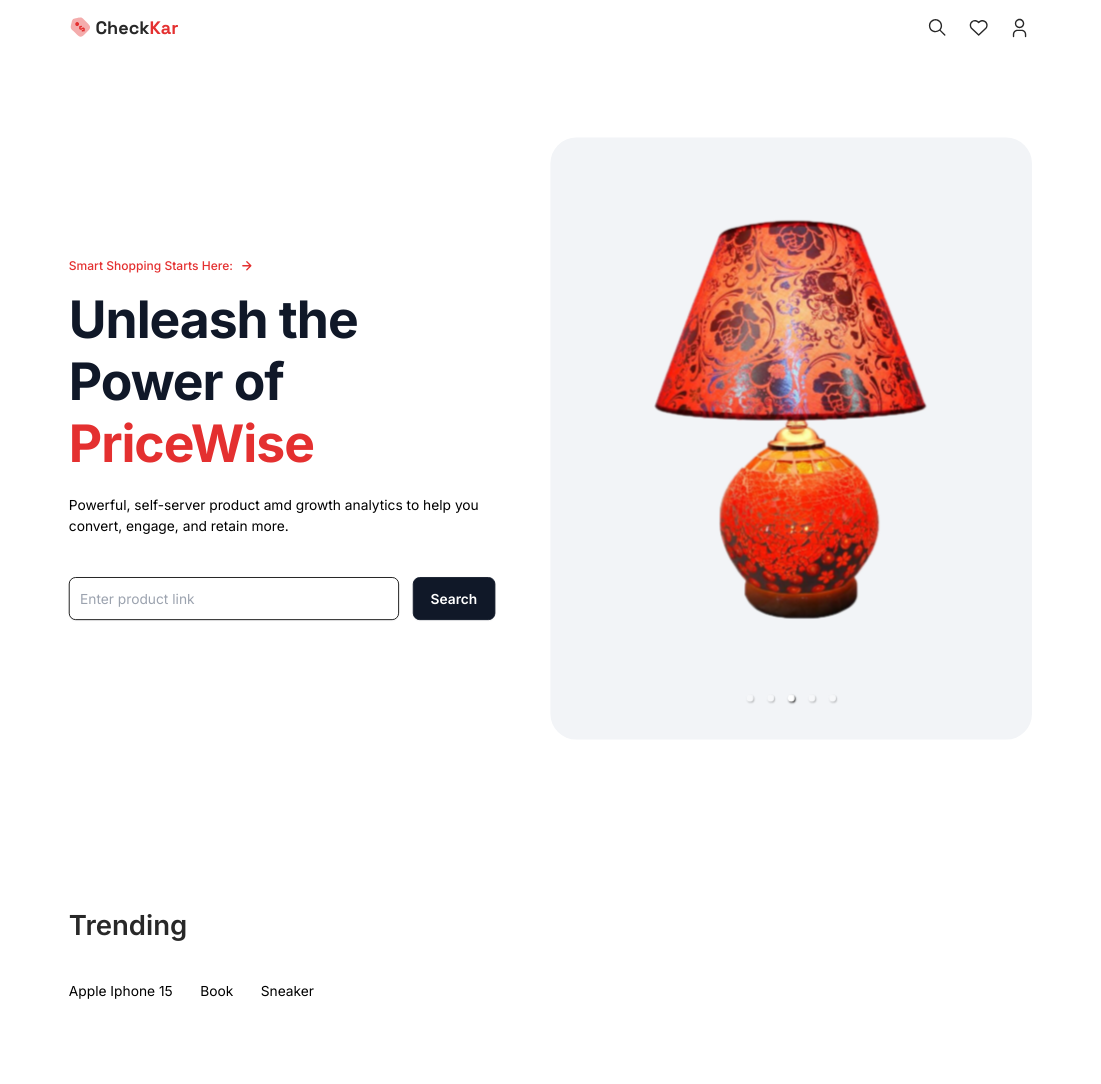
Repository: sahildhargave/price_compare
Page: /
The author's editor kept a copy of each file at every save. The page is drawn from the files as they stood at one save, then again after the next save.
The browser window is 1280 px wide. The pictures show the whole page, at 86% of full size.
The project was rebuilt for these pictures with package versions that can differ from the ones it lists, and the page was loaded fresh each time. The framework's server and built-in components were replaced by stand-ins that run in the browser. Also part of the build but not shown: next.config.js.

Above is the page before, as saved 2023-12-18 14:31:16.

### app/layout.tsx
import type { Metadata } from 'next'
import { Inter , Space_Grotesk} from 'next/font/google'
import './globals.css'
import Navbar from '@/components/Navbar'

const inter = Inter({ subsets: ['latin'] })
const spaceGrotesk = Space_Grotesk({
	subsets: ['latin'], weight: ['300','400','500','600','700']
})
export const metadata: Metadata = {
  title: 'WebScrapping',
  description: 'Comparing Product Price',
}

export default function RootLayout({
  children,
}: {
  children: React.ReactNode
}) {
  return (
    <html lang="en">
      <body className={inter.className}>
		<main className='max-w-10xl mx-auto'>
			<Navbar/>
			{children}
		</main>
		</body>
    </html>
  )
}

### app/page.tsx
import React from 'react'
import Image from 'next/image'
import Searchbar from '@/components/Searchbar'
import HeroCarousel from '@/components/HeroCarousel'

const Home = () => {
	//const allProduct = await getAppProducts();

  return (
	<>
    <section className="px-6 md:px-20 py-24
	">
		<div className="flex max-xl:flex-col gap-16">
			<div className='flex flex-col justify-center'>
				<p className='small-text'>
					Smart Shopping Starts Here:
					<Image
					src="/assets/icons/arrow-right.svg"
                    alt="arrow-right"
					width={16}
					height={16}

					/>
				</p>

				<h1 className='head-text'>
					Unleash the Power of {" "}
					<span className='text-primary'>PriceWise</span>
				</h1>
				<p className='mt-6'>
					Powerful, self-server product amd growth analytics to help you convert, engage, and retain more.
				</p>
				<Searchbar/>
			</div>
           <HeroCarousel/>
		</div>


		</section>
		<section className='trending-section'>
			<h2 className='section-text'>Trending</h2>

			<div className='flex flex-wrap gap-x-8 gap-y-16'>
				{['Apple Iphone 15', 'Book', 'Sneaker'].map
				((product) => (
					<div>{product}</div>
				))
				}
			</div>
		</section>
	</>
  )
}

export default Home

### components/Navbar.tsx
import Link from 'next/link'
import React from 'react'
import Image from 'next/image'


const navIcons =[
	{src:'/assets/icons/search.svg', alt: 'search'},
	{src:'/assets/icons/black-heart.svg', alt: 'heart'},
	{src:'/assets/icons/user.svg', alt: 'user'},

]
const Navbar = () => {
  return (
	<header className='w-full'>
    <nav className='nav'>
     <Link href="/" className='flex items-center gap-1'>
		<Image
		src="/assets/icons/logo.svg"
		width={27}
		height={27}
		alt="logo"
		/>
		<p className='nav-logo'>
			Check<span className='text-primary'>Kar</span>

		</p>
		</Link>
		<div className='flex items-center gap-5'>
        {navIcons.map((icon) => (
			<Image
			key={icon.alt}
			src={icon.src}
			alt={icon.alt}
			width={28}
			height={28}
			className='object-contain'
			/>
		))}
		</div>


	</nav>
	</header>

  )
}

//
//import {
//  Navbar,
//  MobileNav,
//  Typography,
//  Button,
//  Menu,
//  MenuHandler,
//  MenuList,
//  MenuItem,
//  Avatar,
//  Card,
//  IconButton,
//} from "@material-tailwind/react";
//import {
//  CubeTransparentIcon,
//  UserCircleIcon,
//  CodeBracketSquareIcon,
//  Square3Stack3DIcon,
//  ChevronDownIcon,
//  Cog6ToothIcon,
//  InboxArrowDownIcon,
//  LifebuoyIcon,
//  PowerIcon,
//  RocketLaunchIcon,
//  Bars2Icon,
//} from "@heroicons/react/24/solid";
//
//// profile menu component
//const profileMenuItems = [
//  {
//    label: "My Profile",
//    icon: UserCircleIcon,
//  },
//  {
//    label: "Edit Profile",
//    icon: Cog6ToothIcon,
//  },
//  {
//    label: "Inbox",
//    icon: InboxArrowDownIcon,
//  },
//  {
//    label: "Help",
//    icon: LifebuoyIcon,
//  },
//  {
//    label: "Sign Out",
//    icon: PowerIcon,
//  },
//];
//
//function ProfileMenu() {
//  const [isMenuOpen, setIsMenuOpen] = React.useState(false);
//
//  const closeMenu = () => setIsMenuOpen(false);
//
//  return (
//    <Menu open={isMenuOpen} handler={setIsMenuOpen} placement="bottom-end">
//      <MenuHandler>
//        <Button
//          variant="text"
//          color="blue-gray"
//          className="flex items-center gap-1 rounded-full py-0.5 pr-2 pl-0.5 lg:ml-auto"
//        >
//          <Avatar
//            variant="circular"
//            size="sm"
//            alt="tania andrew"
//            className="border border-gray-900 p-0.5"
//            src="https://images.unsplash.com/photo-1633332755192-727a05c4013d?ixlib=rb-1.2.1&ixid=MnwxMjA3fDB8MHxwaG90by1wYWdlfHx8fGVufDB8fHx8&auto=format&fit=crop&w=1480&q=80"
//          />
//          <ChevronDownIcon
//            strokeWidth={2.5}
//            className={`h-3 w-3 transition-transform ${
//              isMenuOpen ? "rotate-180" : ""
//            }`}
//          />
//        </Button>
//      </MenuHandler>
//      <MenuList className="p-1">
//        {profileMenuItems.map(({ label, icon }, key) => {
//          const isLastItem = key === profileMenuItems.length - 1;
//          return (
//            <MenuItem
//              key={label}
//              onClick={closeMenu}
//              className={`flex items-center gap-2 rounded ${
//                isLastItem
//                  ? "hover:bg-red-500/10 focus:bg-red-500/10 active:bg-red-500/10"
//                  : ""
//              }`}
//            >
//              {React.createElement(icon, {
//                className: `h-4 w-4 ${isLastItem ? "text-red-500" : ""}`,
//                strokeWidth: 2,
//              })}
//              <Typography
//                as="span"
//                variant="small"
//                className="font-normal"
//                color={isLastItem ? "red" : "inherit"}
//              >
//                {label}
//              </Typography>
//            </MenuItem>
//          );
//        })}
//      </MenuList>
//    </Menu>
//  );
//}
//
//// nav list menu
//const navListMenuItems = [
//  {
//    title: "@material-tailwind/html",
//    description:
//      "Learn how to use @material-tailwind/html, packed with rich components and widgets.",
//  },
//  {
//    title: "@material-tailwind/react",
//    description:
//      "Learn how to use @material-tailwind/react, packed with rich components for React.",
//  },
//  {
//    title: "Material Tailwind PRO",
//    description:
//      "A complete set of UI Elements for building faster websites in less time.",
//  },
//];
//
//function NavListMenu() {
//  const [isMenuOpen, setIsMenuOpen] = React.useState(false);
//
//  const renderItems = navListMenuItems.map(({ title, description }) => (
//    <a href="#" key={title}>
//      <MenuItem>
//        <Typography variant="h6" color="blue-gray" className="mb-1">
//          {title}
//        </Typography>
//        <Typography variant="small" color="gray" className="font-normal">
//          {description}
//        </Typography>
//      </MenuItem>
//    </a>
//  ));
//
//  return (
//    <React.Fragment>
//      <Menu allowHover open={isMenuOpen} handler={setIsMenuOpen}>
//        <MenuHandler>
//          <Typography as="a" href="#" variant="small" className="font-normal">
//            <MenuItem className="hidden items-center gap-2 font-medium text-blue-gray-900 lg:flex lg:rounded-full">
//              <Square3Stack3DIcon className="h-[18px] w-[18px] text-blue-gray-500" />{" "}
//              Pages{" "}
//              <ChevronDownIcon
//                strokeWidth={2}
//                className={`h-3 w-3 transition-transform ${
//                  isMenuOpen ? "rotate-180" : ""
//                }`}
//              />
//            </MenuItem>
//          </Typography>
//        </MenuHandler>
//        <MenuList className="hidden w-[36rem] grid-cols-7 gap-3 overflow-visible lg:grid">
//          <Card
//            color="blue"
//            shadow={false}
//            variant="gradient"
//            className="col-span-3 grid h-full w-full place-items-center rounded-md"
//          >
//            <RocketLaunchIcon strokeWidth={1} className="h-28 w-28" />
//          </Card>
//          <ul className="col-span-4 flex w-full flex-col gap-1">
//            {renderItems}
//          </ul>
//        </MenuList>
//      </Menu>
//      <MenuItem className="flex items-center gap-2 font-medium text-blue-gray-900 lg:hidden">
//        <Square3Stack3DIcon className="h-[18px] w-[18px] text-blue-gray-500" />{" "}
//        Pages{" "}
//      </MenuItem>
//      <ul className="ml-6 flex w-full flex-col gap-1 lg:hidden">
//        {renderItems}
//      </ul>
//    </React.Fragment>
//  );
//}
//
//// nav list component
//const navListItems = [
//  {
//    label: "Account",
//    icon: UserCircleIcon,
//  },
//  {
//    label: "Blocks",
//    icon: CubeTransparentIcon,
//  },
//  {
//    label: "Docs",
//    icon: CodeBracketSquareIcon,
//  },
//];
//
//function NavList() {
//  return (
//    <ul className="mt-2 mb-4 flex flex-col gap-2 lg:mb-0 lg:mt-0 lg:flex-row lg:items-center">
//      <NavListMenu />
//      {navListItems.map(({ label, icon }, key) => (
//        <Typography
//          key={label}
//          as="a"
//          href="#"
//          variant="small"
//          color="gray"
//          className="font-medium text-blue-gray-500"
//        >
//          <MenuItem className="flex items-center gap-2 lg:rounded-full">
//            {React.createElement(icon, { className: "h-[18px] w-[18px]" })}{" "}
//            <span className="text-gray-900"> {label}</span>
//          </MenuItem>
//        </Typography>
//      ))}
//    </ul>
//  );
//}
//
//export function ComplexNavbar() {
//  const [isNavOpen, setIsNavOpen] = React.useState(false);
//
//  const toggleIsNavOpen = () => setIsNavOpen((cur) => !cur);
//
//  React.useEffect(() => {
//    window.addEventListener(
//      "resize",
//      () => window.innerWidth >= 960 && setIsNavOpen(false),
//    );
//  }, []);
//
//  return (
//    <Navbar className="mx-auto max-w-screen-xl p-2 lg:rounded-full lg:pl-6">
//      <div className="relative mx-auto flex items-center justify-between text-blue-gray-900">
//        <Typography
//          as="a"
//          href="#"
//          className="mr-4 ml-2 cursor-pointer py-1.5 font-medium"
//        >
//          Material Tailwind
//        </Typography>
//        <div className="hidden lg:block">
//          <NavList />
//        </div>
//        <IconButton
//          size="sm"
//          color="blue-gray"
//          variant="text"
//          onClick={toggleIsNavOpen}
//          className="ml-auto mr-2 lg:hidden"
//        >
//          <Bars2Icon className="h-6 w-6" />
//        </IconButton>
//
//        <Button size="sm" variant="text">
//          <span>Log In</span>
//        </Button>
//        <ProfileMenu />
//      </div>
//      <MobileNav open={isNavOpen} className="overflow-scroll">
//        <NavList />
//      </MobileNav>
//    </Navbar>
//  );
//}
//
export default Navbar

### components/Searchbar.tsx
"use client";

import React from 'react'


const Searchbar = () => {

	const handleSubmit = () => {}
  return (
	<form className='flex flex-wrap gap-4 mt-12'
	onSubmit={handleSubmit}
	>
		<input
		type="text"
		placeholder='Enter product link'
		className='searchbar-input border-black focus:ring-blue-500 focus:border-blue-500 dark:bg-gray-700 dark:border-gray-600 dark:placeholder-gray-400 dark:text-white dark:focus:ring-blue-500 dark:focus:border-blue-500'
		/>
		<button type="submit" className='searchbar-btn '>
			Search
		</button>

	</form>
  )
}

export default Searchbar

### components/HeroCarousel.tsx
"use client";

import React from 'react'
import "react-responsive-carousel/lib/styles/carousel.min.css";
import { Carousel } from 'react-responsive-carousel';
import Image from 'next/image';
const heroImage =[
	{ imgUrl: '/assets/images/hero-1.svg', alt: 'smartwatch' },
	{ imgUrl: '/assets/images/hero-2.svg', alt: 'bag'},
	{ imgUrl: '/assets/images/hero-3.svg', alt: 'lamp'},
	{ imgUrl: '/assets/images/hero-4.svg', alt: 'air fryer'},
	{ imgUrl: '/assets/images/hero-5.svg', alt: 'chair'},
]
const HeroCarousel = () => {
  return (
	  <div className='hero-carousel'>
		 <Carousel
	   showThumbs={false}
	   autoPlay
	   infiniteLoop
	   interval={2000}
	   showArrows={false}
	   showStatus={false}
	   >
        { heroImage.map((image) => (
			<Image
			src={image.imgUrl}
			alt={image.alt}
			width={484}
			height={484}
			className="object-contain"
			key={image.alt}
			/>
		))}
       </Carousel>
	  </div>
  )
}

export default HeroCarousel

### tailwind.config.ts
/** @type {import('tailwindcss').Config} */
module.exports = {
  content: [
    "./pages/**/*.{js,ts,jsx,tsx,mdx}",
    "./components/**/*.{js,ts,jsx,tsx,mdx}",
    "./app/**/*.{js,ts,jsx,tsx,mdx}",
  ],
  theme: {
    extend: {
      colors: {
        primary: {
          DEFAULT: "#E43030",
          "orange": "#D48D3B",
          "green": "#3E9242"
        },
        secondary: "#282828",
        "gray-200": "#EAECF0",
        "gray-300": "D0D5DD",
        "gray-500": "#667085",
        "gray-600": "#475467",
        "gray-700": "#344054",
        "gray-900": "#101828",
        "white-100": "#F4F4F4",
        "white-200": "#EDF0F8",
        "black-100": "#3D4258",
        "neutral-black": "#23263B",
      },
      boxShadow: {
        xs: "0px 1px 2px 0px rgba(16, 24, 40, 0.05)",
      },
      maxWidth: {
        "10xl": '1440px'
      },
      fontFamily: {
        inter: ['Inter', 'sans-serif'],
        spaceGrotesk: ['Space Grotesk', 'sans-serif'],
      },
      borderRadius: {
        10: "10px"
      }
    },
  },
  plugins: [],
};/** @type {import('tailwindcss').Config} */
module.exports = {
  content: [
    "./pages/**/*.{js,ts,jsx,tsx,mdx}",
    "./components/**/*.{js,ts,jsx,tsx,mdx}",
    "./app/**/*.{js,ts,jsx,tsx,mdx}",
  ],
  theme: {
    extend: {
      colors: {
        primary: {
          DEFAULT: "#E43030",
          "orange": "#D48D3B",
          "green": "#3E9242"
        },
        secondary: "#282828",
        "gray-200": "#EAECF0",
        "gray-300": "D0D5DD",
        "gray-500": "#667085",
        "gray-600": "#475467",
        "gray-700": "#344054",
        "gray-900": "#101828",
        "white-100": "#F4F4F4",
        "white-200": "#EDF0F8",
        "black-100": "#3D4258",
        "neutral-black": "#23263B",
      },
      boxShadow: {
        xs: "0px 1px 2px 0px rgba(16, 24, 40, 0.05)",
      },
      maxWidth: {
        "10xl": '1440px'
      },
      fontFamily: {
        inter: ['Inter', 'sans-serif'],
        spaceGrotesk: ['Space Grotesk', 'sans-serif'],
      },
      borderRadius: {
        10: "10px"
      }
    },
  },
  plugins: [],
};/** @type {import('tailwindcss').Config} */
module.exports = {
  content: [
    "./pages/**/*.{js,ts,jsx,tsx,mdx}",
    "./components/**/*.{js,ts,jsx,tsx,mdx}",
    "./app/**/*.{js,ts,jsx,tsx,mdx}",
  ],
  theme: {
    extend: {
      colors: {
        primary: {
          DEFAULT: "#E43030",
          "orange": "#D48D3B",
          "green": "#3E9242"
        },
        secondary: "#282828",
        "gray-200": "#EAECF0",
        "gray-300": "D0D5DD",
        "gray-500": "#667085",
        "gray-600": "#475467",
        "gray-700": "#344054",
        "gray-900": "#101828",
        "white-100": "#F4F4F4",
        "white-200": "#EDF0F8",
        "black-100": "#3D4258",
        "neutral-black": "#23263B",
      },
      boxShadow: {
        xs: "0px 1px 2px 0px rgba(16, 24, 40, 0.05)",
      },
      maxWidth: {
        "10xl": '1440px'
      },
      fontFamily: {
        inter: ['Inter', 'sans-serif'],
        spaceGrotesk: ['Space Grotesk', 'sans-serif'],
      },
      borderRadius: {
        10: "10px"
      }
    },
  },
  plugins: [],
};

Loaded but not shown: app/globals.css (common file)

After the next save:
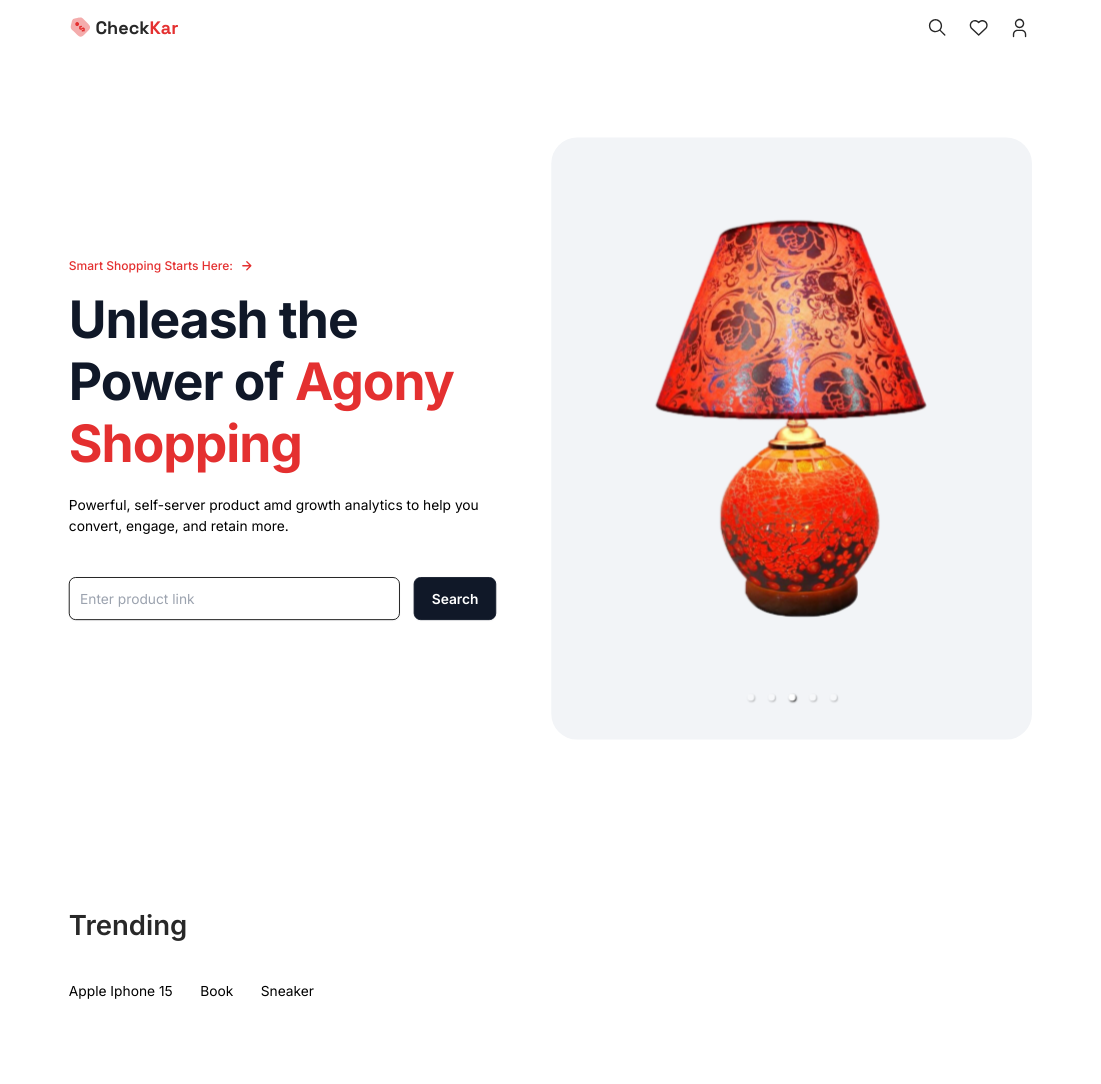
Saved 3 min 0 s later.
--- a/app/page.tsx
+++ b/app/page.tsx
@@ -25,7 +25,7 @@
 
 				<h1 className='head-text'>
 					Unleash the Power of {" "}
-					<span className='text-primary'>PriceWise</span>
+					<span className='text-primary'>Agony Shopping</span>
 				</h1>
 				<p className='mt-6'>
 					Powerful, self-server product amd growth analytics to help you convert, engage, and retain more.
